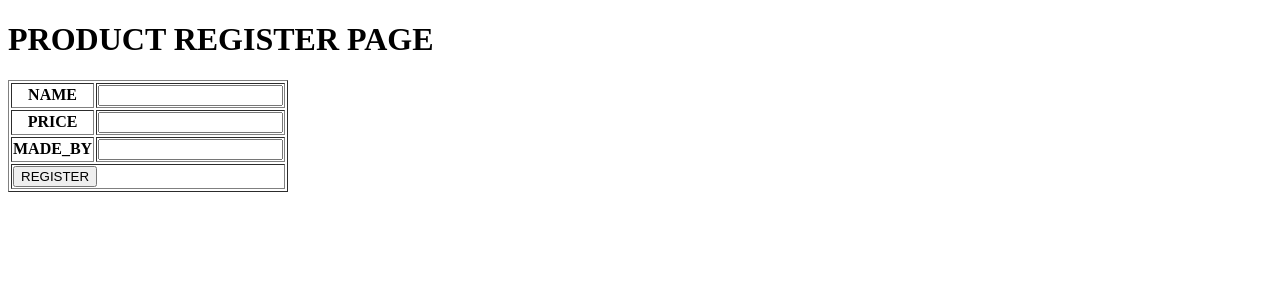
Repository: v-honey-b/Project02_01_ProductPage
Page: http://localhost/_jsp3_1_project/product/productregister.jsp
These files come from the project's save history. The page is drawn as it stood at one moment and after the next save; the edit follows.
The browser window is 1280 px wide. The pictures show the whole page.
The page is served by Tomcat 9. Other server files are loaded and not shown.

Above is the page before, as saved 2022-08-30 02:59:33.

### _jsp3_1_project/src/main/webapp/product/productregister.jsp
<%@ page language="java" contentType="text/html; charset=UTF-8"
    pageEncoding="UTF-8"%>
<!DOCTYPE html>
<html>
<head>
<meta charset="UTF-8">
<title>PRODUCT REGISTER</title>
</head>
<body>
	<h1>PRODUCT REGISTER PAGE</h1>
	<form action="./productinsert.pd" method="post">
		<table border="1">
			<tr>
				<th>NAME</th>
				<td><input type="text" name="pname"></td>
			</tr>
			<tr>
				<th>PRICE</th>
				<td><input type="number" name="price"></td>
			</tr>
			<tr>
				<th>MADE_BY</th>
				<td><input type="text" name="made_by"></td>
			</tr>
			<tr>
				<td colspan="2">
					<button type="submit">REGISTER</button>
				</td>
			</tr>
		</table>
	</form>
</body>
</html>

After the next save:
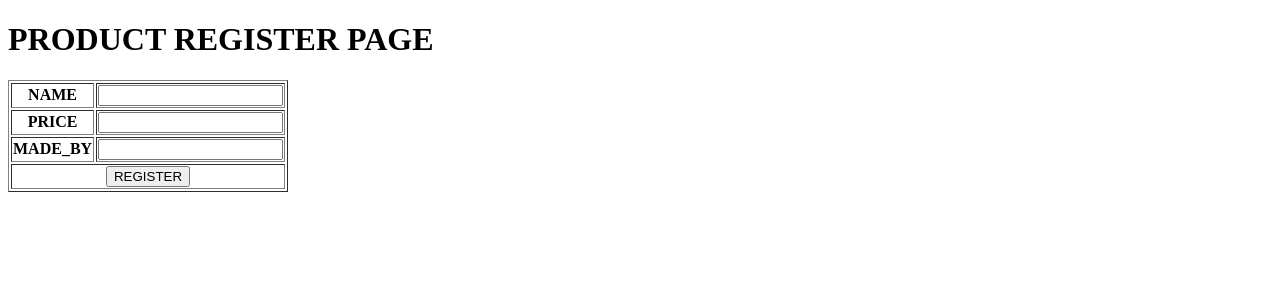
Saved 4 min 10 s later.
--- a/_jsp3_1_project/src/main/webapp/product/productregister.jsp
+++ b/_jsp3_1_project/src/main/webapp/product/productregister.jsp
@@ -23,9 +23,9 @@
 				<td><input type="text" name="made_by"></td>
 			</tr>
 			<tr>
-				<td colspan="2">
+				<th colspan="2">
 					<button type="submit">REGISTER</button>
-				</td>
+				</th>
 			</tr>
 		</table>
 	</form>
